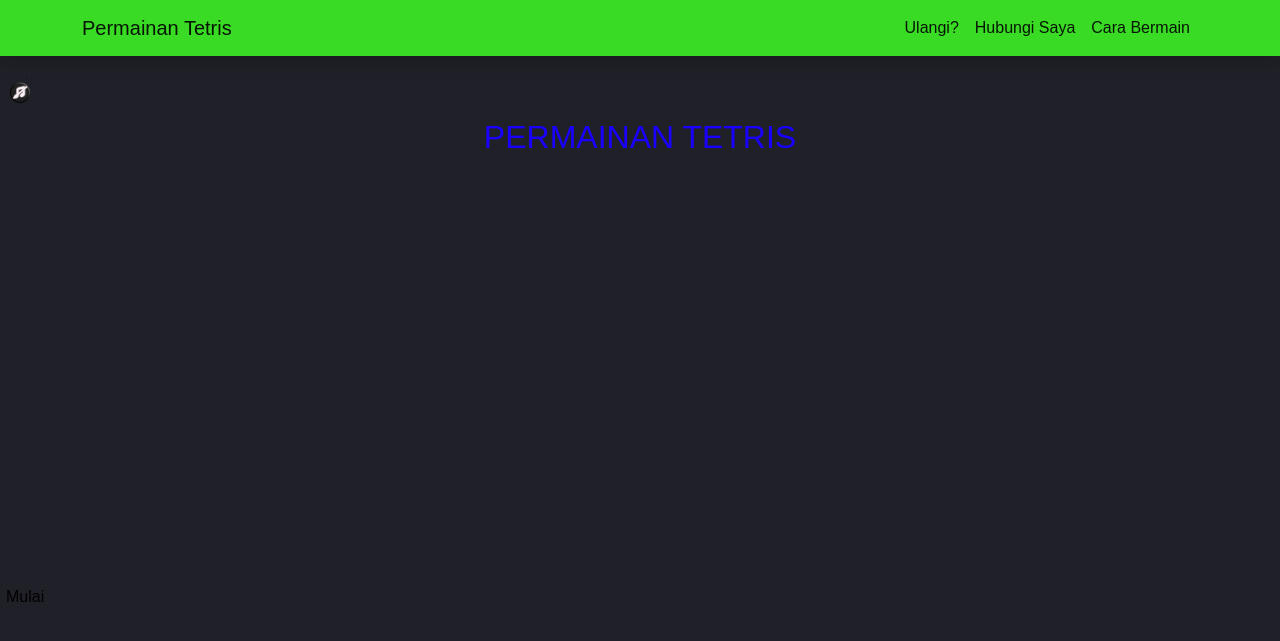
Repository: GwendiWisnuAnggoro/GwendiWisnuAnggoro.github.io
Page: Bahasa Indonesia/game/Tetris/tetris.html
An editor plug-in stored every save of this project. The page is shown before and after the next save, followed by the edit.
The browser window is 1280 px wide. The pictures show the whole page.

Above is the page before, as saved 2023-02-07 17:22:06.

After the next save:
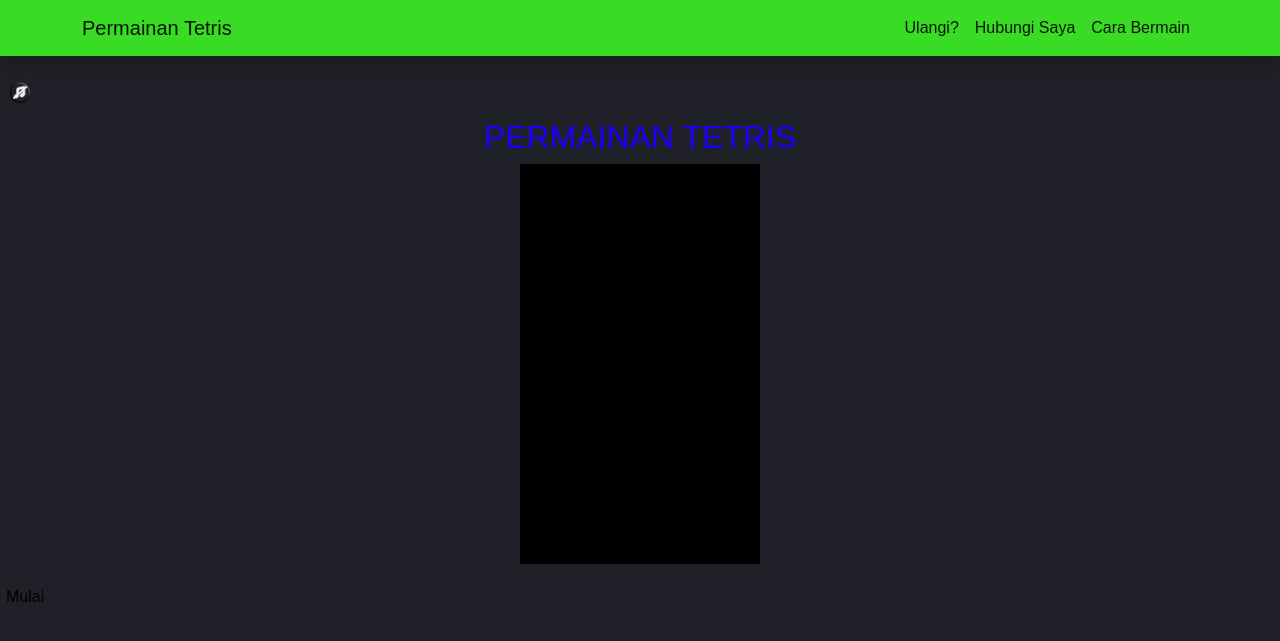
Console error: TypeError: Cannot read properties of null (reading 'forEach')
Saved 36 s later.
--- a/Bahasa Indonesia/game/Tetris/tetris.js
+++ b/Bahasa Indonesia/game/Tetris/tetris.js
@@ -306,9 +306,9 @@
 document.getElementById("Mulai").addEventListener("click", ()=>{
     playerReset();
     updateScore();
-    update();
 
 })
+update();
 
 // musik program
 var musik = new Audio();

After the 4 saves that followed:
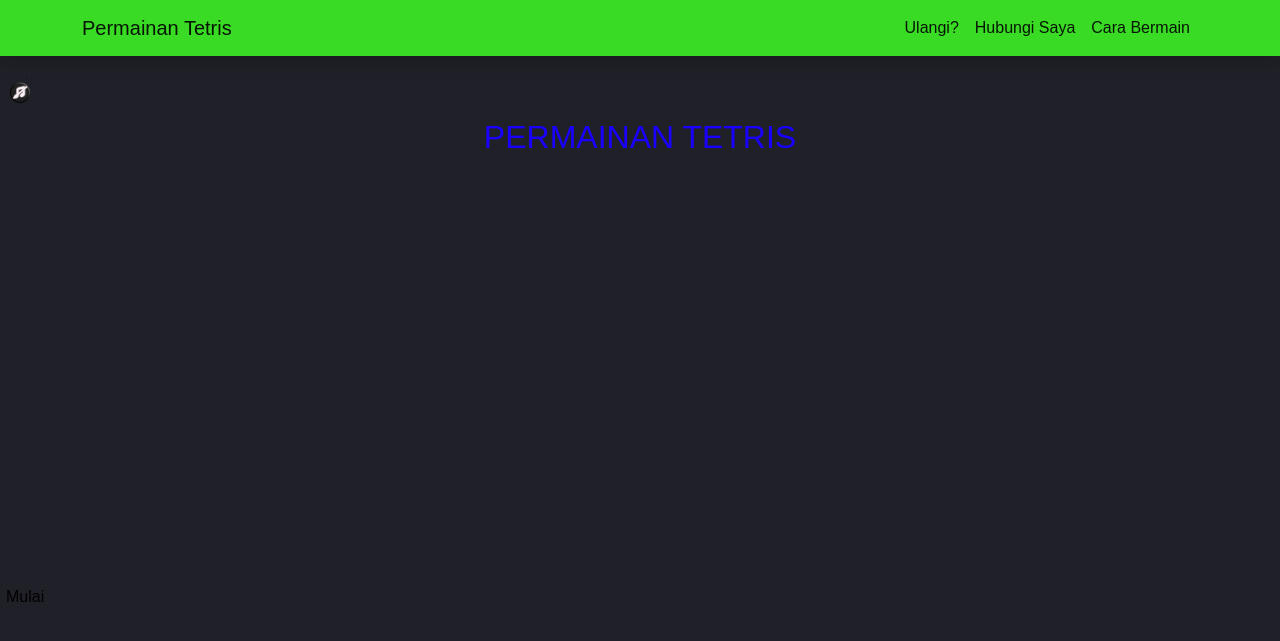
The error is gone.
The 4 saves are shown as one change because 2 left the picture as it was and some came seconds apart.
The last was saved 102 s later.
--- a/Bahasa Indonesia/game/Tetris/tetris.js
+++ b/Bahasa Indonesia/game/Tetris/tetris.js
@@ -307,8 +307,8 @@
     playerReset();
     updateScore();
 
+    update();
 })
-update();
 
 // musik program
 var musik = new Audio();
